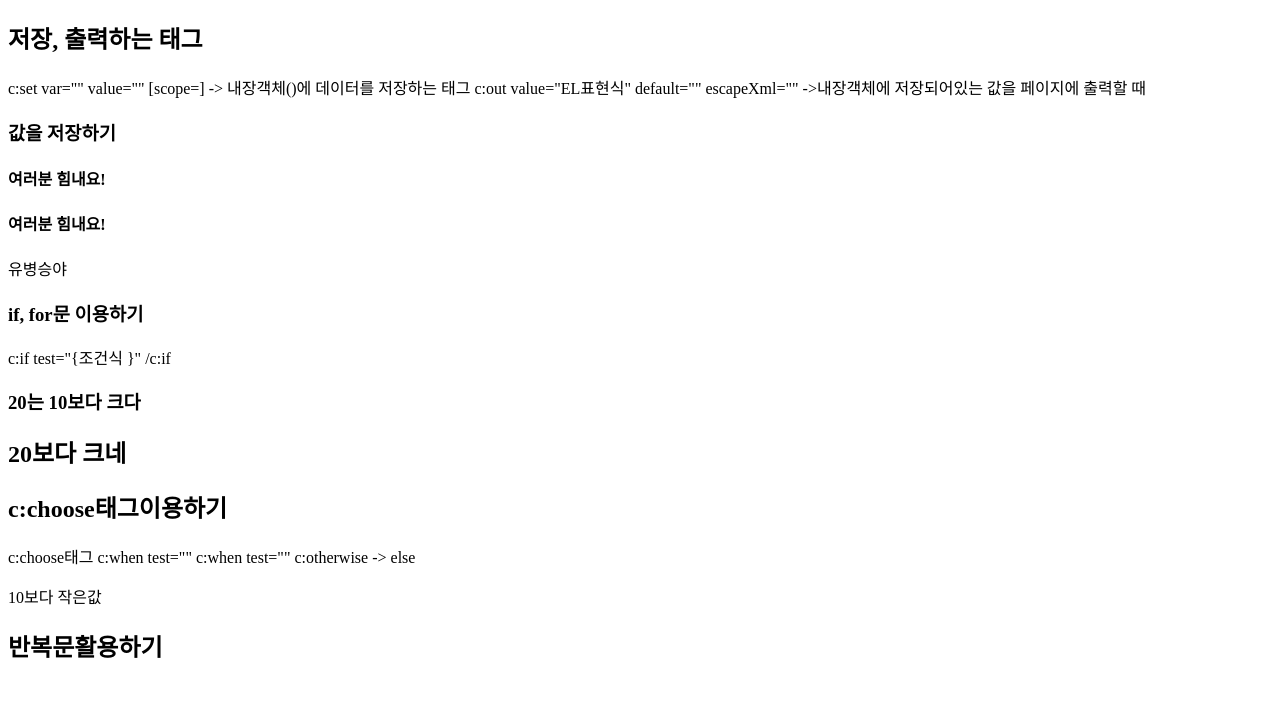
Repository: simjiho/week
Page: http://localhost/el_jstl/views/jstl/02_controltag.jsp
These files come from the project's save history. The page is drawn as it stood at one moment and after the next save; the edit follows.
The browser window is 1280 px wide. The pictures show the whole page.
The page is served by Tomcat 9. Other server files are loaded and not shown.

Above is the page before, as saved 2024-04-20 06:37:17.

### workspace/el_jstl/src/main/webapp/views/jstl/02_controltag.jsp
<%@ page language="java" contentType="text/html; charset=UTF-8"
    pageEncoding="UTF-8"%>
<%@ taglib prefix="c" uri="http://java.sun.com/jsp/jstl/core" %>
<!DOCTYPE html>
<html>
<head>
<meta charset="UTF-8">
<title>코어태그 사용하기</title>
</head>
<body>
	<h2>저장, 출력하는 태그</h2>
	<p>
		c:set var="" value="" [scope=] -> 내장객체()에 데이터를 저장하는 태그
		c:out value="EL표현식" default="" escapeXml="" ->내장객체에 저장되어있는 값을 페이지에 출력할 때 <br>
	</p>
	<h3>값을 저장하기</h3>
	<c:set var="comment" value="여러분 힘내요!"/>
	<h4><c:out value="${comment}"/></h4>
	<h4>${comment}</h4>
	<c:set var="test" value="<script>alert('짠!');</script>"/>
	<p><c:out value="${test }" escapeXml="false"/></p>
	<c:set var="bs" value="유병승"/>
	<p><c:out value="${bs }" default="bs없어!"/>야</p>


	<h3>if, for문 이용하기</h3>
	<p>
		c:if test="{조건식 }" /c:if
	</p>

	<c:set var="su" value="20"/>
	<%-- <%if(pageContext.getAttribute("su")>10) { %>

	<% } %> --%>

	<c:if test="${su>10 }">
		<h3><c:out value="${su }"/>는 10보다 크다</h3>
	</c:if>
	<c:if test="${su<10 }">
		<h3><c:out value="${su }"/>는 10보다 크다</h3>
	</c:if>
	<c:if test="${su>5 }">
		<c:if test="${su>10 }">
			<h2>20보다 크네</h2>
		</c:if>
	</c:if>

	<h2>c:choose태그이용하기</h2>
	<p>
		c:choose태그
			c:when test=""
			c:when test=""
			c:otherwise -> else
	</p>

	<c:set var="su2" value="5"/>


	<c:choose>
		<c:when test="${su2<10 }">
			<p>10보다 작은값</p>
		</c:when>
		<c:when test="${su2<15 }">
			<p>15보다 작은값</p>
		</c:when>
		<c:otherwise>
			<p>10보다 작지않고 15보다도 작지않은값</p>
		</c:otherwise>
	</c:choose>

	<h2>반복문활용하기</h2>

</body>
</html>

After the next save:
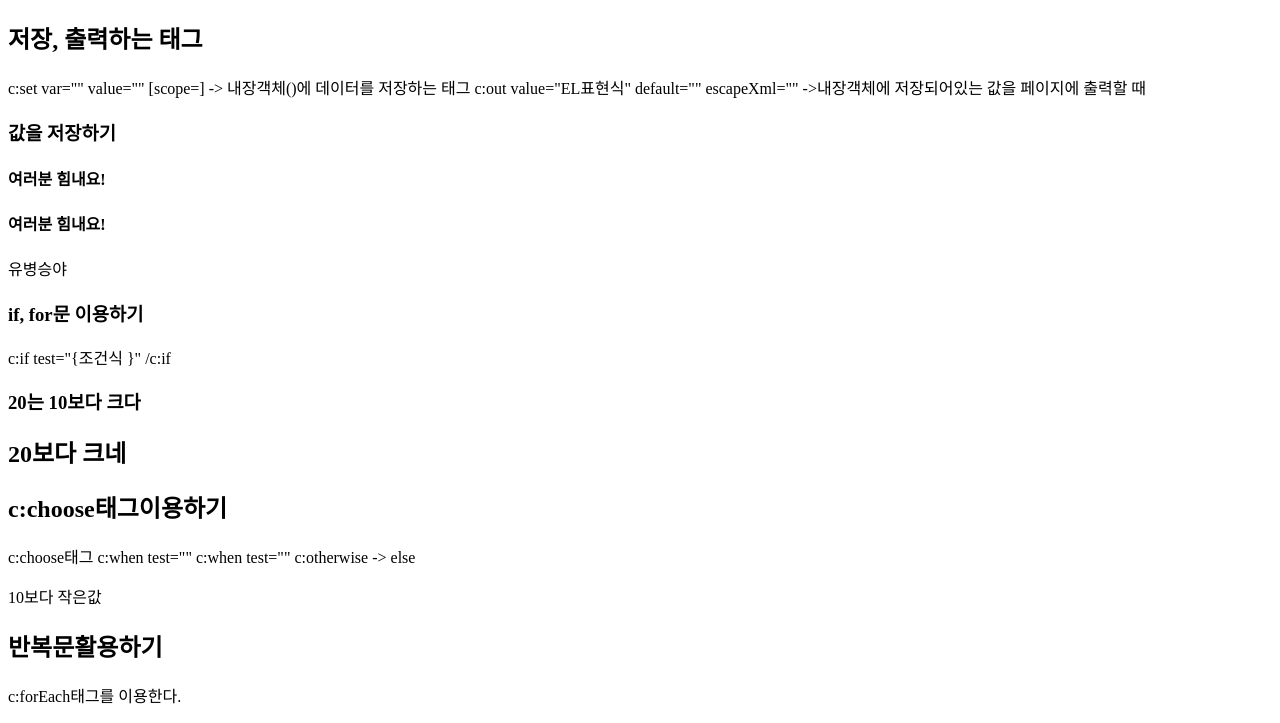
Saved 28 s later.
--- a/workspace/el_jstl/src/main/webapp/views/jstl/02_controltag.jsp
+++ b/workspace/el_jstl/src/main/webapp/views/jstl/02_controltag.jsp
@@ -69,6 +69,9 @@
 	</c:choose>
 
 	<h2>반복문활용하기</h2>
+	<p>
+		c:forEach태그를 이용한다. <br>
+	</p>
 
 </body>
 </html>
